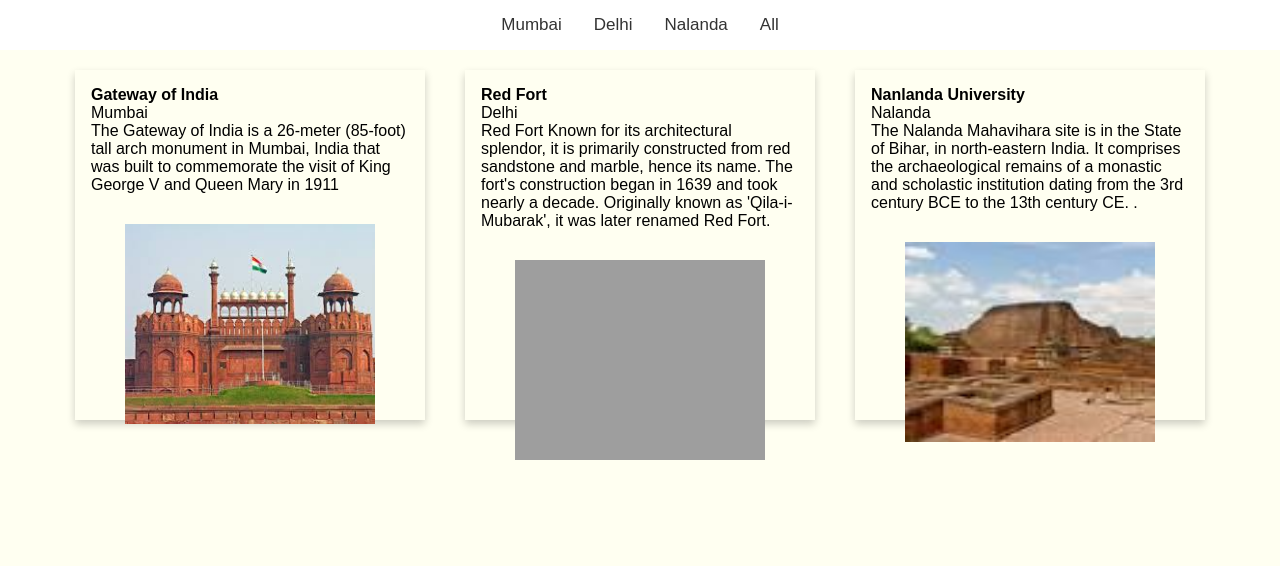
Repository: Muskan1Kumari4draw/React-app-with-concept
Page: /
An editor plug-in stored every save of this project. The page is shown before and after the next save, followed by the edit.
The browser window is 1280 px wide. The pictures show the whole page.
Pictures or frames that could not be fetched are drawn as grey boxes. The project was rebuilt for these pictures with package versions that can differ from the ones it lists, and the page was loaded fresh each time.

Above is the page before, as saved 2024-10-02 11:15:15.

### src/App.js
import React from "react";
// import Restaurant from "./component/Basic/Restaurant";

// import Dropdown from "./component/Basic/Dropdown";
import Restaurant from "./component/Basic/Restaurant";
// import Navbar from "./component/Basic/Navbar";
const App = () => {
  return (
    <>
      <Restaurant />
    </>
  );
};

export default App;

### src/component/Basic/Restaurant.js
import React, { useState } from "react";
import "./style.css";
import Monument from "./Monument";
import data from "./restaurant.json";
import Navbar from "./Navbar";

// const uniqueList = data.map((curElement) => {
//   return curElement.city;
// });
// console.log(uniqueList); //to check the city

// convert into set
// const uniqueList = new Set(
//   data.map((curElement) => {
//     return curElement.city;
//   })
// );
// console.log(uniqueList);

// convert it into array
// const uniqueList = [
//   new Set(
//     data.map((curElement) => {
//       return curElement.city;
//     })
//   ),
// ];
// console.log(uniqueList);
//Use of spread operator
const uniqueList = [
  ...new Set(
    data.map((curElement) => {
      return curElement.city;
    })
  ),
  "All",
];
console.log(uniqueList);

const Restaurant = () => {
  const [monuData, setMonuData] = useState(data);
  const [monuCity, setMonuCity] = useState(uniqueList);

  // console.log(data);
  const filterItem = (city) => {
    if (city === "All") {
      setMonuData(data);
      return;
    }
    const updateList = data.filter((curElement) => {
      return curElement.city === city;
    });
    setMonuData(updateList);
  };
  return (
    <>
      <Navbar filterItem={filterItem} monuCity={monuCity} />

      <Monument monuData={monuData} />
    </>
  );
};

export default Restaurant;

### src/component/Basic/style.css
* {
  margin: 0;
  padding: 0;
  box-sizing: border-box;
}

body {
  /* background: rgb(255, 255, 241); */
  font-family: Arial, sans-serif;
}

/* Navbar Styling */
.navbar {
  margin: auto;
  /* background: #fff; */
  height: 50px;
  box-shadow: 0 4px 8px 0 rgba(0, 0, 0, 0.2);
  display: flex;
  justify-content: center;
  align-items: center;
}

.menu-nav {
  display: flex;
  justify-content: center;
}
.menu-nav button:hover {
  border: 2px solid rgba(0, 0, 0, 0.2);
}
.container .city {
  color: rgb(49, 22, 22);
  font-size: 18px;
}
.navbar button {
  color: #333;
  border: none;
  background: white;
  text-align: center;
  padding: 14px 16px;
  text-decoration: none;
  font-size: 17px;
  margin: auto;
}

/* Card Styling */
.card {
  box-shadow: 0 4px 8px 0 rgba(0, 0, 0, 0.2);
  transition: 0.3s;
  width: 400px;
  height: 400px;
  margin: 20px;
}

.card:hover {
  box-shadow: 0 8px 16px 0 rgba(0, 0, 0, 0.2);
}

.container {
  padding: 16px;
}

.container img {
  width: 100%;
  height: auto;
  display: block;
}

.section-div {
  display: flex;
  flex-wrap: wrap;
  justify-content: center;
  background: rgb(255, 255, 241);
  align-items: center;
}

/* Responsive Media Queries */
@media screen and (max-width: 768px) {
  /* Stack the navbar links vertically on small screens */
  .navbar {
    flex-direction: column;
    height: auto;
  }

  .menu-nav {
    flex-direction: column;
  }

  .navbar button {
    padding: 10px;

    font-size: 15px;
    margin: 5px 0;
  }
  .menu-nav {
    display: flex;
    gap: 2;
  }
  .menu-nav button {
    background-color: yellow;
    color: #333;
    border: none;
    margin: 5px;
  }
  /* Adjust card layout on small screens */
  .card {
    width: 90%;
    margin: 10px;
  }

  /* Adjust font size and padding */
  .container {
    padding: 10px;
  }
}

@media screen and (max-width: 480px) {
  /* Further adjustments for very small screens */
  .navbar a {
    font-size: 14px;
    padding: 8px;
  }

  .card {
    width: 100%;
    margin: 10px;
  }

  .container h4 {
    font-size: 18px;
  }

  .container p {
    font-size: 14px;
  }
}
* {
  margin: 0;
  padding: 0;
  box-sizing: border-box;
}

body {
  background: rgb(255, 255, 241);
  font-family: Arial, sans-serif;
}

/* Navbar Styling */
.navbar {
  margin: auto;
  background: #fff;
  height: 50px;
  box-shadow: 0 4px 8px 0 rgba(0, 0, 0, 0.2);
  display: flex;
  justify-content: center;
  align-items: center;
}

.menu-nav {
  display: flex;
  justify-content: center;
}

.navbar a {
  color: #333;
  text-align: center;
  padding: 14px 16px;
  text-decoration: none;
  font-size: 17px;
  margin: auto;
}

/* Card Styling */
.card {
  box-shadow: 0 4px 8px 0 rgba(0, 0, 0, 0.2);
  transition: 0.3s;
  width: 350px;
  height: 350px;
  margin: 20px;
}

.card:hover {
  box-shadow: 0 8px 16px 0 rgba(0, 0, 0, 0.2);
}

.container {
  padding: 16px;
}

.container img {
  margin: auto;
  width: 250px;
  margin-top: 30px;
  height: 200px;
  display: block;
}

.section-div {
  display: flex;
  flex-wrap: wrap;
  justify-content: center;
  align-items: center;
}

/* Responsive Media Queries */
@media screen and (max-width: 768px) {
  /* Stack the navbar links vertically on small screens */
  .navbar {
    flex-direction: column;
    height: auto;
  }

  .menu-nav {
    flex-direction: column;
  }

  .navbar a {
    padding: 10px;
    font-size: 15px;
    margin: 5px 0;
  }

  /* Adjust card layout on small screens */
  .card {
    width: 90%;
    margin: 10px;
  }

  /* Adjust font size and padding */
  .container {
    padding: 10px;
  }
}

@media screen and (max-width: 480px) {
  /* Further adjustments for very small screens */
  .navbar a {
    font-size: 14px;
    padding: 8px;
  }

  .card {
    width: 100%;
    margin: 10px;
  }

  .container h4 {
    font-size: 18px;
  }

  .container p {
    font-size: 14px;
  }
}

### src/component/Basic/Monument.js
import React from "react";

const Monument = ({ monuData }) => {
  return (
    <>
      <section className="section-div">
        {monuData.map((curElement) => {
          // destructuring
          const { Id, city, Monuments, Description, Image } = curElement;
          return (
            <div className="card" key={Id}>
              <div className="container">
                <span className="card-title">
                  <b>{Monuments}</b>
                </span>
                <div classname="city">{city}</div>
                <p className="description">{Description}</p>
                <img alt="" src={Image} width="100%" height="50%" />
              </div>
            </div>
          );
        })}
      </section>
    </>
  );
};

export default Monument;

### src/component/Basic/restaurant.json
[
  {
    "Id": 1,
    "city": "Mumbai",
    "Monuments": "Gateway of India",
    "Description": "The Gateway of India is a 26-meter (85-foot) tall arch monument in Mumbai, India that was built to commemorate the visit of King George V and Queen Mary in 1911",
    "Image": "/Image/red fort.jpeg"
  },

  {
    "Id": 2,
    "city": "Delhi",
    "Monuments": "Red Fort",
    "Description": "Red Fort Known for its architectural splendor, it is primarily constructed from red sandstone and marble, hence its name. The fort's construction began in 1639 and took nearly a decade. Originally known as 'Qila-i-Mubarak', it was later renamed Red Fort.",
    "Image": "/Image/gateway of india.jpeg"
  },

  {
    "Id": 3,
    "city": "Nalanda",
    "Monuments": "Nanlanda University",
    "Description": "The Nalanda Mahavihara site is in the State of Bihar, in north-eastern India. It comprises the archaeological remains of a monastic and scholastic institution dating from the 3rd century BCE to the 13th century CE. .",
    "Image": "/Image/NAlanda.jpeg"
  }
]

### src/component/Basic/Navbar.js
import React from "react";

const Navbar = ({ filterItem, monuCity }) => {
  return (
    <>
      <div className="navbar-bg">
        <nav className="navbar">
          <div className="menu-nav">
            {monuCity.map((curElement) => {
              return (
                <button onClick={() => filterItem(curElement)}>
                  {curElement}
                </button>
              );
            })}
          </div>
        </nav>
      </div>
    </>
  );
};

export default Navbar;

Loaded but not shown: public/index.html (common file); src/index.js (common file); src/reportWebVitals.js (common file)

After the next save:
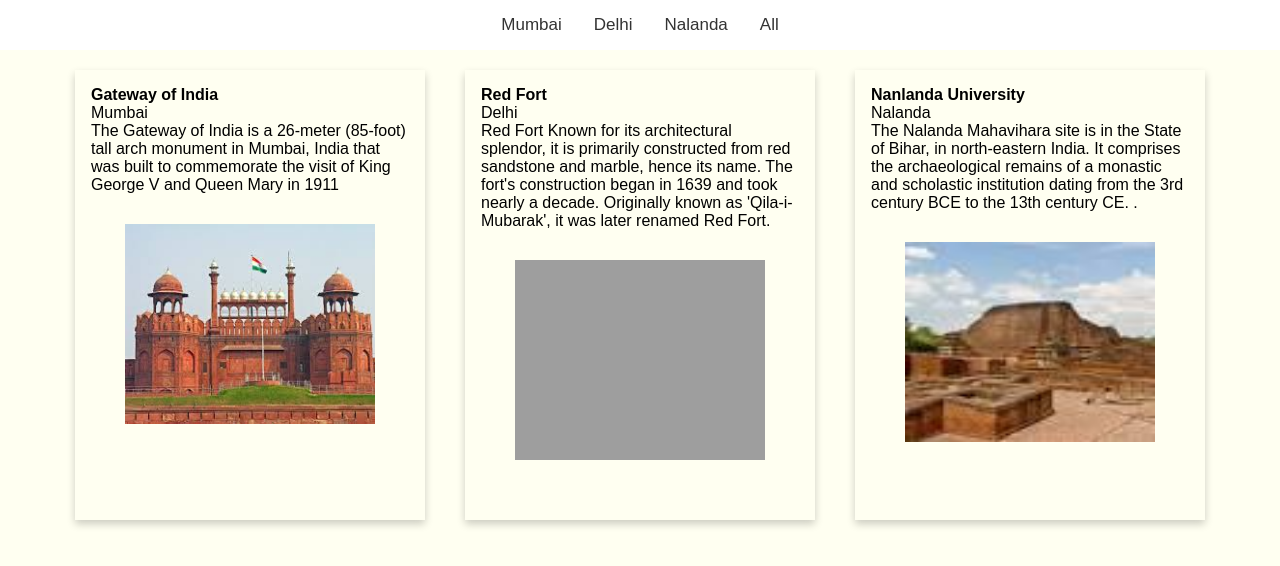
Saved 5 s later.
--- a/src/component/Basic/style.css
+++ b/src/component/Basic/style.css
@@ -174,7 +174,7 @@ body {
   box-shadow: 0 4px 8px 0 rgba(0, 0, 0, 0.2);
   transition: 0.3s;
   width: 350px;
-  height: 350px;
+  height: 450px;
   margin: 20px;
 }
 
